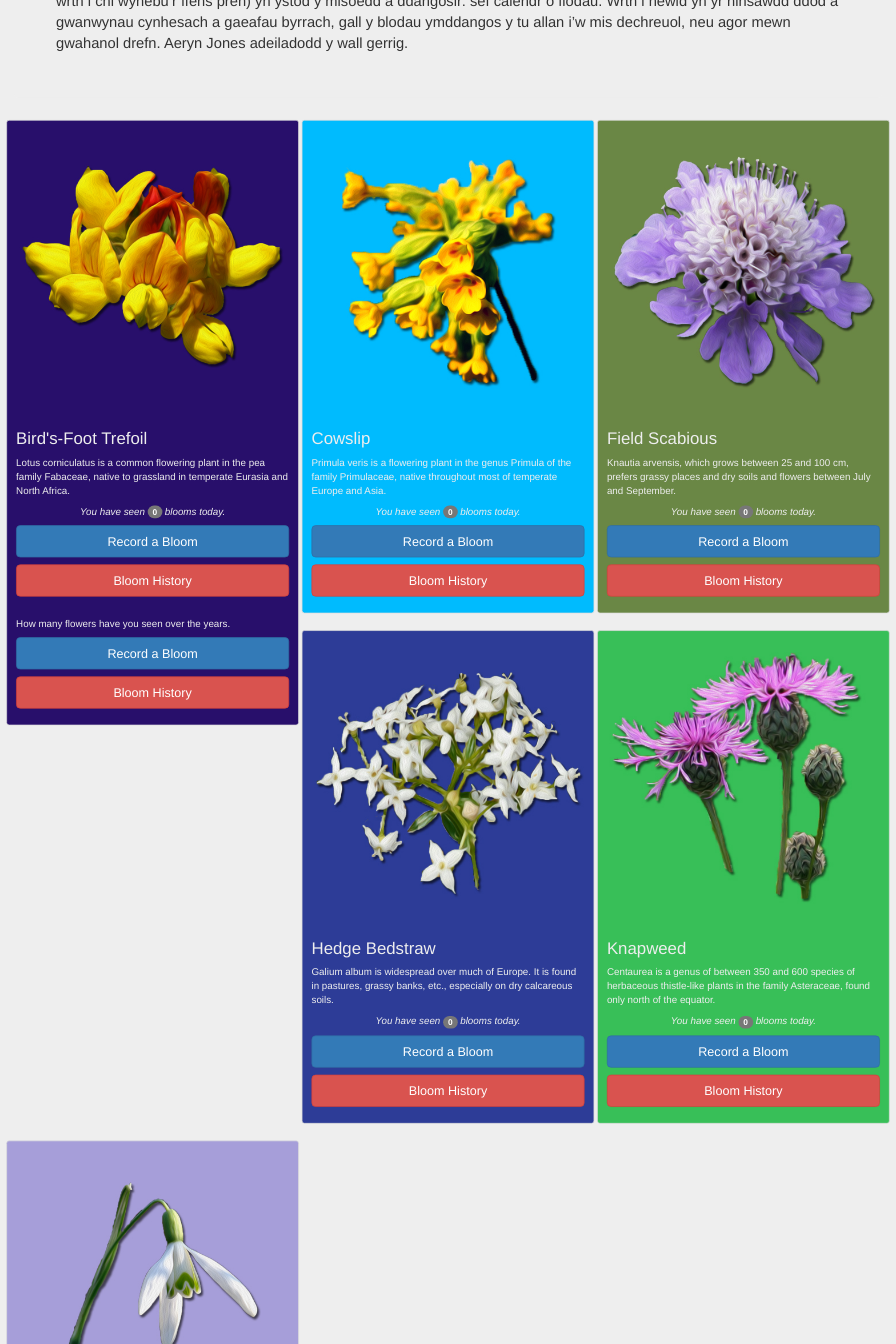
Repository: cachao/clh-flowerspotter
Page: clh-flowerspotter.html
The author's editor kept a record of every edit. The page is drawn from the files as they stood at one moment, then again after the next edit.
The browser window is 1280 px wide. The pictures show the part of the page from y = 376 to 2296 px (the page is 2751 px tall), at 70% of full size.
Some web libraries are served in a nearby version.

Above is the page before.
Console error: SyntaxError: Unexpected token '}'

After the next edit:
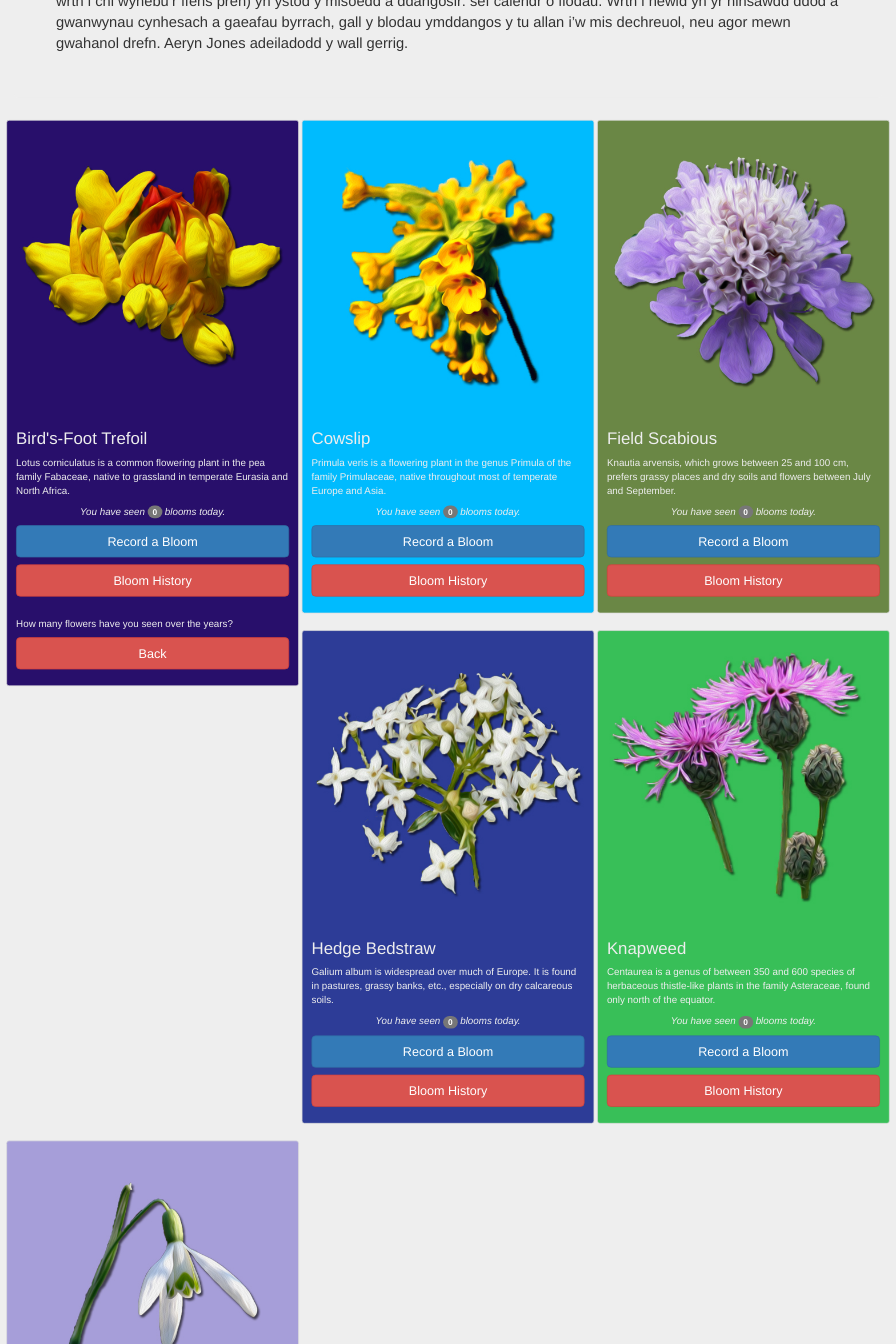
The edit:
--- a/clh-flowerspotter.html
+++ b/clh-flowerspotter.html
@@ -74,9 +74,8 @@
                         <p><button type="button" class="btn btn-danger btn-lg btn-block report">Bloom History</button></p>
                     </div>
                     <div class="caption graphs">
-                        <p>How many flowers have you seen over the years.</p>
-                        <p><button type="button" class="btn btn-primary btn-lg btn-block flower" data-flower-type="Bird's-foot Trefoil">Record a Bloom</button><p>
-                        <p><button type="button" class="btn btn-danger btn-lg btn-block report">Bloom History</button></p>
+                        <p>How many flowers have you seen over the years?</p>
+                        <p><button type="button" class="btn btn-danger btn-lg btn-block report">Back</button></p>
                     </div>
                 </div>
             </div>
